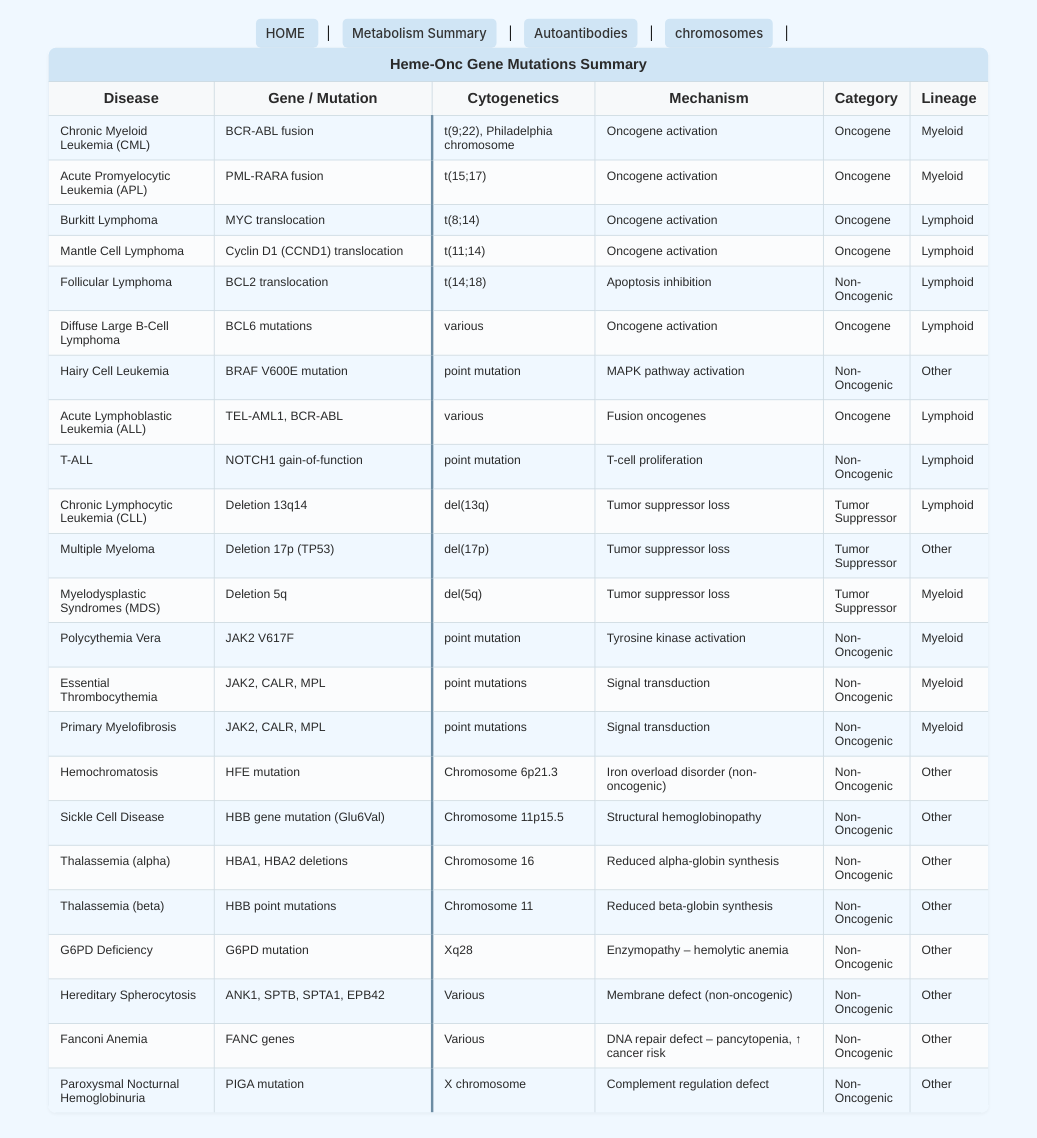
Repository: sharperdragon/STEVEL-1-Summaries
Page: subdex/hemeonc.html
The author's editor kept a copy of each file at every save. The page is drawn from the files as they stood at one save, then again after a run of saves.
The browser window is 1280 px wide. The pictures show the whole page, at 81% of full size.

Above is the page before, as saved 2025-05-19 13:52:55.

### subdex/hemeonc.html
<!DOCTYPE html>
<html lang="en">
<head>
    <meta charset="UTF-8">
    <meta name="viewport" content="width=device-width, initial-scale=1.0">
    <title>Summary tables</title>
    <link rel="stylesheet" href="/STEVEL-1-Summaries/static/style.css">
    <link rel="icon" href="/STEVEL-1-Summaries/static/">
</head>

<body>
    <nav style="margin: 10px 0; text-align: center;">
    <a href="index.html" class="nav-link"> HOME </a> |
      <a href="subdex/metabolism.html" class="nav-link">Metabolism Summary</a> |
  <a href="subdex/autoantibodies.html" class="nav-link">Autoantibodies</a> |
  <a href="subdex/chromosomes.html" class="nav-link">chromosomes</a> |

<div class="table-container">
  <table class="autoantibody-table">
    <thead>
      <tr>
        <th colspan="6" style="text-align: center; background-color: #d0e5f5;">
          <strong>Heme-Onc Gene Mutations Summary</strong>
        </th>
      </tr>
      <tr>
        <th style="background-color: #f7f9fa;">Disease</th>
        <th style="background-color: #f7f9fa;">Gene / Mutation</th>
        <th style="background-color: #f7f9fa;">Cytogenetics</th>
        <th style="background-color: #f7f9fa;">Mechanism</th>
        <th style="background-color: #f7f9fa;">Category</th>
        <th style="background-color: #f7f9fa;">Lineage</th>
      </tr>
    </thead>
    <tbody>
<tr><td>Chronic Myeloid Leukemia (CML)</td><td>BCR-ABL fusion</td><td>t(9;22), Philadelphia chromosome</td><td>Oncogene activation</td><td>Oncogene</td><td>Myeloid</td></tr>
<tr><td>Acute Promyelocytic Leukemia (APL)</td><td>PML-RARA fusion</td><td>t(15;17)</td><td>Oncogene activation</td><td>Oncogene</td><td>Myeloid</td></tr>
<tr><td>Burkitt Lymphoma</td><td>MYC translocation</td><td>t(8;14)</td><td>Oncogene activation</td><td>Oncogene</td><td>Lymphoid</td></tr>
<tr><td>Mantle Cell Lymphoma</td><td>Cyclin D1 (CCND1) translocation</td><td>t(11;14)</td><td>Oncogene activation</td><td>Oncogene</td><td>Lymphoid</td></tr>
<tr><td>Follicular Lymphoma</td><td>BCL2 translocation</td><td>t(14;18)</td><td>Apoptosis inhibition</td><td>Non-Oncogenic</td><td>Lymphoid</td></tr>
<tr><td>Diffuse Large B-Cell Lymphoma</td><td>BCL6 mutations</td><td>various</td><td>Oncogene activation</td><td>Oncogene</td><td>Lymphoid</td></tr>
<tr><td>Hairy Cell Leukemia</td><td>BRAF V600E mutation</td><td>point mutation</td><td>MAPK pathway activation</td><td>Non-Oncogenic</td><td>Other</td></tr>
<tr><td>Acute Lymphoblastic Leukemia (ALL)</td><td>TEL-AML1, BCR-ABL</td><td>various</td><td>Fusion oncogenes</td><td>Oncogene</td><td>Lymphoid</td></tr>
<tr><td>T-ALL</td><td>NOTCH1 gain-of-function</td><td>point mutation</td><td>T-cell proliferation</td><td>Non-Oncogenic</td><td>Lymphoid</td></tr>
<tr><td>Chronic Lymphocytic Leukemia (CLL)</td><td>Deletion 13q14</td><td>del(13q)</td><td>Tumor suppressor loss</td><td>Tumor Suppressor</td><td>Lymphoid</td></tr>
<tr><td>Multiple Myeloma</td><td>Deletion 17p (TP53)</td><td>del(17p)</td><td>Tumor suppressor loss</td><td>Tumor Suppressor</td><td>Other</td></tr>
<tr><td>Myelodysplastic Syndromes (MDS)</td><td>Deletion 5q</td><td>del(5q)</td><td>Tumor suppressor loss</td><td>Tumor Suppressor</td><td>Myeloid</td></tr>
<tr><td>Polycythemia Vera</td><td>JAK2 V617F</td><td>point mutation</td><td>Tyrosine kinase activation</td><td>Non-Oncogenic</td><td>Myeloid</td></tr>
<tr><td>Essential Thrombocythemia</td><td>JAK2, CALR, MPL</td><td>point mutations</td><td>Signal transduction</td><td>Non-Oncogenic</td><td>Myeloid</td></tr>
<tr><td>Primary Myelofibrosis</td><td>JAK2, CALR, MPL</td><td>point mutations</td><td>Signal transduction</td><td>Non-Oncogenic</td><td>Myeloid</td></tr>
<tr><td>Hemochromatosis</td><td>HFE mutation</td><td>Chromosome 6p21.3</td><td>Iron overload disorder (non-oncogenic)</td><td>Non-Oncogenic</td><td>Other</td></tr>
<tr><td>Sickle Cell Disease</td><td>HBB gene mutation (Glu6Val)</td><td>Chromosome 11p15.5</td><td>Structural hemoglobinopathy</td><td>Non-Oncogenic</td><td>Other</td></tr>
<tr><td>Thalassemia (alpha)</td><td>HBA1, HBA2 deletions</td><td>Chromosome 16</td><td>Reduced alpha-globin synthesis</td><td>Non-Oncogenic</td><td>Other</td></tr>
<tr><td>Thalassemia (beta)</td><td>HBB point mutations</td><td>Chromosome 11</td><td>Reduced beta-globin synthesis</td><td>Non-Oncogenic</td><td>Other</td></tr>
<tr><td>G6PD Deficiency</td><td>G6PD mutation</td><td>Xq28</td><td>Enzymopathy – hemolytic anemia</td><td>Non-Oncogenic</td><td>Other</td></tr>
<tr><td>Hereditary Spherocytosis</td><td>ANK1, SPTB, SPTA1, EPB42</td><td>Various</td><td>Membrane defect (non-oncogenic)</td><td>Non-Oncogenic</td><td>Other</td></tr>
<tr><td>Fanconi Anemia</td><td>FANC genes</td><td>Various</td><td>DNA repair defect – pancytopenia, ↑ cancer risk</td><td>Non-Oncogenic</td><td>Other</td></tr>
<tr><td>Paroxysmal Nocturnal Hemoglobinuria</td><td>PIGA mutation</td><td>X chromosome</td><td>Complement regulation defect</td><td>Non-Oncogenic</td><td>Other</td></tr>
    </tbody>
  </table>
</div>



</body>

### static/style.css
:root {
  --header-bg: #d0e5f5;
  --subheader-bg: #f7f9fa;
  --border-color: #ccd9e0;
  --strong-divider: #6c8ca3;
  --row-alt-bg: #fbfcfd;
  --text-color: #2a2a2a;
  --font: "Helvetica Neue", Helvetica, Arial, sans-serif;
  --base-font-size: 15px;
  --header-font-size: 18px;
}
body {max-width: 100vw;}

.autoantibody-table {
  max-width: 94vw;
  border-collapse: collapse;
  font-family: var(--font);
  color: var(--text-color);
  font-size: var(--base-font-size);
  border: 1px solid var(--border-color);
  border-radius: 10px;
  overflow: hidden;
  margin: 1vh 3vw 1vh 3vw;
  box-shadow: 0 2px 4px rgba(0, 0, 0, 0.04);
}

.autoantibody-table th,
.autoantibody-table td {
  padding: 10px 14px;
  border: 1px solid var(--border-color);
  vertical-align: top;
  text-align: left;
}

/* Header styling */
.autoantibody-table thead th {
  background-color: var(--header-bg);
  font-size: var(--header-font-size);
  font-weight: 600;
  text-align: center;
}

/* Alternate row background */
.autoantibody-table tbody tr:nth-child(even) {
  background-color: var(--row-alt-bg);
}

/* Strong divider between antibody (col 2) and condition (col 3) */
.autoantibody-table td:nth-child(2) {
  border-right: 3px solid var(--strong-divider);
}

/* Condition columns emphasis */
.autoantibody-table td:nth-child(1),
.autoantibody-table td:nth-child(3) {
  font-weight: 500;
  width: 20%;
}

/* Antibody columns can expand more */
.autoantibody-table td:nth-child(2),
.autoantibody-table td:nth-child(4) {
  width: 30%;
}

/* Bullet list formatting */
.autoantibody-table ul {
  margin: 0;
  padding-left: 18px;
}

.autoantibody-table li {
  margin: 2px 0;
}

/* Responsive font scaling — enlarged */
@media (max-width: 1024px) {
  :root {
    --base-font-size: 15px;
    --header-font-size: 17px;
  }
}

@media (max-width: 768px) {
  :root {
    --base-font-size: 14px;
    --header-font-size: 16px;
  }
}

@media (max-width: 480px) {
  :root {
    --base-font-size: 13px;
    --header-font-size: 15px;
  }
}
body {
    font-family: "Rubik", -apple-system, system-ui, BlinkMacSystemFont, Segoe UI, Roboto, Helvetica, Arial, sans-serif;
    margin: 20px;
    padding: 1px;
    max-width: -webkit-fill-available;
    background-color: aliceblue;
}

.container {
    max-width: 98vw;
    margin: 3% auto;
    padding: 2%;
    background: #ffffff;
    border-radius: 8px;
    box-shadow: 0 4px 6px rgba(0, 0, 0, 0.1);
    display: flex;
    flex-direction: column; /* Stacks items vertically */
    align-items: unset; /* Centers items horizontally */
    gap: 3px; /* Adds consistent spacing */
}

h1 {
    text-align: center;
    color: #333333;
    padding: 1%;
}

label {
    font-weight: bold;
    margin: 0;
    display: block;
    padding: 1px;
}

textarea {
    width: 95%;
    margin-bottom: 10px;
    min-height:150px;
    padding: 10px;
    border: 1px solid #ddd;
    border-radius: 8px;
    padding: 1%;
    max-width: -webkit-fill-available;
}

/* Fix all divs to maintain consistent height */
div {
    position: relative; /* Prevents hover effects from changing layout */

}

/* Button Styles */
button {
    background-color: #007bff;
    display: inline-flex;
    gap: 10px;
    color: white;
    border: none;
    padding: 10px 15px;
    border-radius: 15px;
    cursor: pointer;
    font-size: 105%;
    box-shadow: 0 5px 10px rgba(0, 0, 0, 0.2);
    transition: transform 0.2s ease, box-shadow 0.2s ease;
    position: relative; /* Lock button in place */
    box-sizing: border-box; /* Ensure padding and border don't affect size */
    z-index: 1; /* Ensure hover effects stay above other elements */
    margin: 10px;
}

/* Hover effect without shifting elements */
button:hover {
    background-color: #0c66c6;
    color: offwhite;
    box-shadow: 0 8px 12px rgba(0, 0, 0, 0.3);
    transform: translateY(2px); /* Hover effect without affecting layout */
}

div#selection_buttons {
    display: flex;
    justify-content: space-between;
    align-items: center;
    width: 95%;
    margin: 0 0 1px 0;
    margin-top: 4px;
}

#mode_section {
    position: absolute;  /* Fixed positioning */
    top: 2px;
    right: 4px;
    width: 75px;         /* 🔒 Lock width */
    height: 20px;         /* 🔒 Lock height */
    background-color: #f9fbff;
    border: 2px solid #cee1fe;
    border-radius: 8px;
    padding: 4px 7px;
    font-size: 95%;
    opacity: 0.6;
    transition: background-color 0.3s ease, opacity 0.3s ease;
    display: flex;
    align-items: center;
    justify-content: center;
    z-index: 200;
}

#mode_section:hover {
    opacity: 1;
    background-color: #e8f0ff;
    border-top-left-radius:0px;
    border-bottom-left-radius:0px;
    border-left: none;
}

#mode_section span {
    font-weight: bold;
    pointer-events: none; /* So only the container triggers hover */
}
/* Hide the options by default */
.options_container {
    display: none;
    position: absolute;
    top: -2px;  /* below the #mode_section */
    right: 89px;
    /* background-color: white; */
    box-shadow: 0 6px 10px rgba(0, 0, 0, 0.1);
    padding: 0px;
    border-radius: 8px;
    z-index: 300;
    flex-direction: column;
    gap: 0;
    object-fit:contain;
    /* min-width: 120px; */
}

/* Reveal on hover without affecting layout */
#mode_section:hover .options_container {
    display: flex;
    border-top-right-radius:0px;
    border: 1px solid #d0e3ff;
    overflow:hidden;
}

.field_option {
    position: relative;
    overflow: hidden;
    cursor: pointer;
    font-size: 16px;
    transition: background-color 0.2s ease, transform 0.1s ease;
    background-color: #ffffff;
    padding: 10px 14px;
    border-radius: 0px;
    box-shadow: 0 -px 8px rgba(0, 0, 0, 0.1);
    margin: 0.2px 0;
    width: 60px;
    overflow:hidden;
}

.field_option:hover {
    background-color: #e0ecff;
    overflow:hidden;
}

.field_option:active {
    background-color: #d0dcf5;
    transform: scale(0.96);
    overflow:hidden;
}

.selected_field_option {
    background-color: #b9cdf9 !important;
    color: #003366;
    font-weight: bold;
}




/* Container for question list */
div#question_list {
    display: flex;
    flex-wrap: wrap; /* Allow wrapping of items to next row */
    gap: 10px; /* Space between items */
    overflow-x: auto; /* Enable horizontal scrolling */
    overflow-y: hidden; /* Disable vertical overflow */
    width: 95%;
    padding: 10px;
    box-sizing: border-box;
    border: 1px solid #b7d7fa;
    border-radius: 10px;
    min-height: 100px; /* Set a fixed height */
    max-height:60vh;
    overflow:auto;
}

/* Styling for each individual label (checkbox item) */
#question_list label {
    display: flex;
    align-items: center;
    justify-content: flex-start;
    box-sizing: border-box;
    padding: 1px 2px;
    background-color: #f9f9f9;
    border: 1px solid #ddd;
    border-radius: 5px;
    cursor: pointer;
    width: fit-content; /* 10 questions per row, adjust the width accordingly */
    min-width: 230px;
    word-wrap: normal; /* Break long words if necessary */
    max-height: 38px;
    padding: 8px 2px;
}
#question_list label span.id {
    padding-right:4px;
}

/* Ensures the checkboxes and text are aligned correctly */
#question_list input[type="checkbox"] {
    margin-right: 10px; /* Space between checkbox and text */
}

/* Styling for the question number */
.number {
    margin-right: 8px; /* Adjust the space between the number and ID */
}

.id {
    opacity: 0.7; /* Maintain the desired opacity for the question ID */
}

#copy_button {
    margin-left: auto;
}


/* Updated history section */
div#history_section {
    display: flex;
    gap: 10px;
    align-items: flex-start;
    margin-bottom: 10px;
}

div#history_section > div {
    flex: 1;
}

div#history_section > div > label {
    margin: 0;
}

div#history_section > div > select {
    width: 100%;
}

#history_select {
    padding: 8px;
    font-size: 100%;
    border-radius: 8px;
    border: 1px solid #ddd;
    background-color: #fff;
    box-shadow: 0 2px 4px rgba(0,0,0,0.05);
    transition: border-color 0.3s ease, box-shadow 0.3s ease;
}

#history_select:focus {
    border-color: #007bff;
    outline: none;
    box-shadow: 0 0 5px rgba(0,123,255,0.5);
}

.input-history-wrapper {
    display: flex;
    flex-direction: column;
    gap: 8px;
    margin-bottom: 12px;
}

.sticky-history {
    position: static;
    z-index: auto;
    background-color: white;
    padding-top: 4px;
    padding-bottom: 8px;
}

.history-feedback {
    position: relative;
    right: 0;
    top: -10px;
    font-size: 14px;
    color: green;
    animation: floatUpFade 0.7s ease forwards;
    pointer-events: none;
    user-select: none;
    z-index: 1000;
    white-space: nowrap;
}

/* Subtle button press animation */
button:active {
    transform: translateY(1px);
    box-shadow: 0 3px 6px rgba(0, 0, 0, 0.2);
}

/* Make Clear History button a bit smaller and softer */
#clear_history_button {
    background: linear-gradient(to bottom, #ffffff, #f0f0f5);
    color: #007aff;
    border: 1px solid #d1d1d6;
    border-radius: 12px;
    font-weight: 500;
    font-size: 90%;
    padding: 6px 10px;
    cursor: pointer;
    transition: background 0.3s ease, transform 0.2s ease;
    margin-left: 5px;
    margin-top: 5px;
}

#clear_history_button:hover {
    background: #e5e5ea;
}

.ripple {
    position: relative;
    width: 10px;
    height: 10px;
    background: rgba(0, 123, 255, 0.4);
    opacity: 1;
    border-radius: 50%;
    transform: scale(0);
    animation: ripple-animation 0.6s linear;
    pointer-events: none;
    z-index: 0;
}

@keyframes ripple-animation {
    to {
        transform: scale(15);
        opacity: 0;
    }
}

.nav-link {
  margin: 0 10px;
  padding: 8px 12px;
  background-color: #d0e5f5;
  text-decoration: none;
  color: #333;
  border-radius: 6px;
  font-weight: 500;
}
.nav-link:hover {
  background-color: #add8e6;
}
.hidden-answer {
  background-color: #f4f4f4;
  color: transparent;
  cursor: pointer;
  user-select: none;
}
.hidden-answer:hover {
  background-color: #e0e0e0;
  color: #ccc;
}

After the next 2 saves:
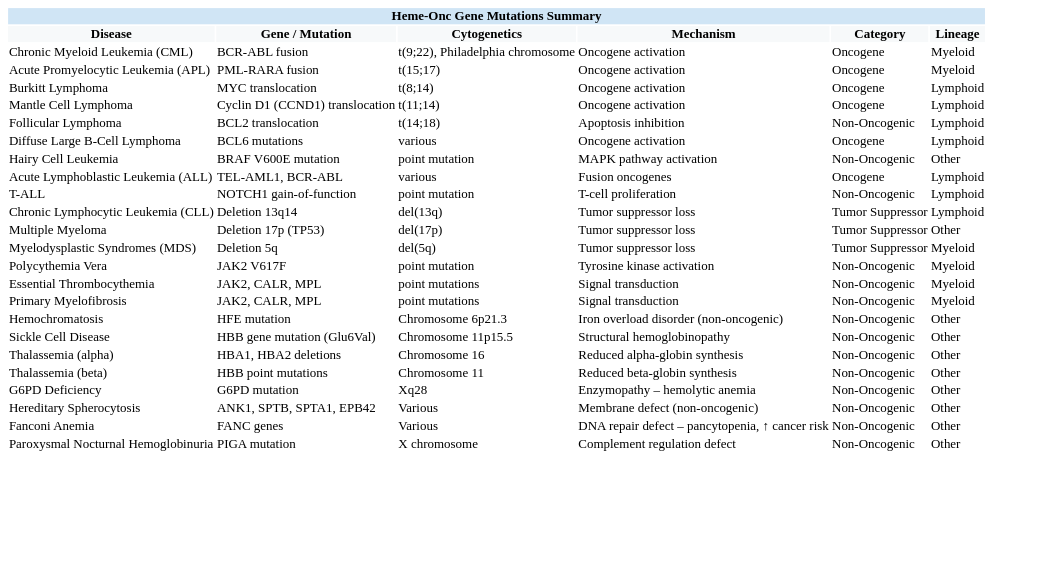
The 2 saves are shown as one change because they came seconds apart.
The last was saved 10 s later.
--- a/subdex/hemeonc.html
+++ b/subdex/hemeonc.html
@@ -1,20 +1,3 @@
-<!DOCTYPE html>
-<html lang="en">
-<head>
-    <meta charset="UTF-8">
-    <meta name="viewport" content="width=device-width, initial-scale=1.0">
-    <title>Summary tables</title>
-    <link rel="stylesheet" href="/STEVEL-1-Summaries/static/style.css">
-    <link rel="icon" href="/STEVEL-1-Summaries/static/">
-</head>
-
-<body>
-    <nav style="margin: 10px 0; text-align: center;">
-    <a href="index.html" class="nav-link"> HOME </a> |
-      <a href="subdex/metabolism.html" class="nav-link">Metabolism Summary</a> |
-  <a href="subdex/autoantibodies.html" class="nav-link">Autoantibodies</a> |
-  <a href="subdex/chromosomes.html" class="nav-link">chromosomes</a> |
-
 <div class="table-container">
   <table class="autoantibody-table">
     <thead>
